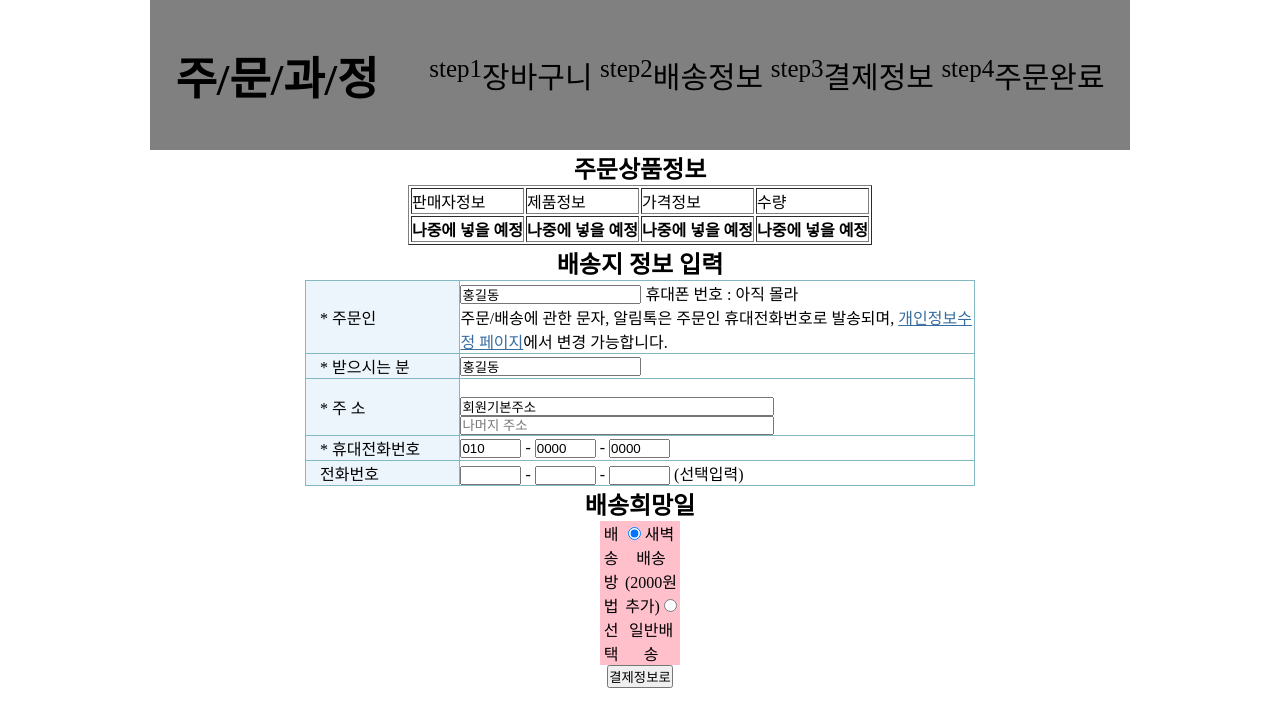
Repository: kym-1000/book
Page: http://localhost/book/WEB-INF/views/home.jsp
These files come from the project's save history. The page is drawn as it stood at one moment and after the next save; the edit follows.
The browser window is 1280 px wide. The pictures show the whole page.
The page is served by Tomcat 9. Nobody is signed in. The template is opened directly, without the code that normally fills it, so the values that code supplies are empty.

Above is the page before, as saved 2023-01-02 03:11:31.

After the next save:
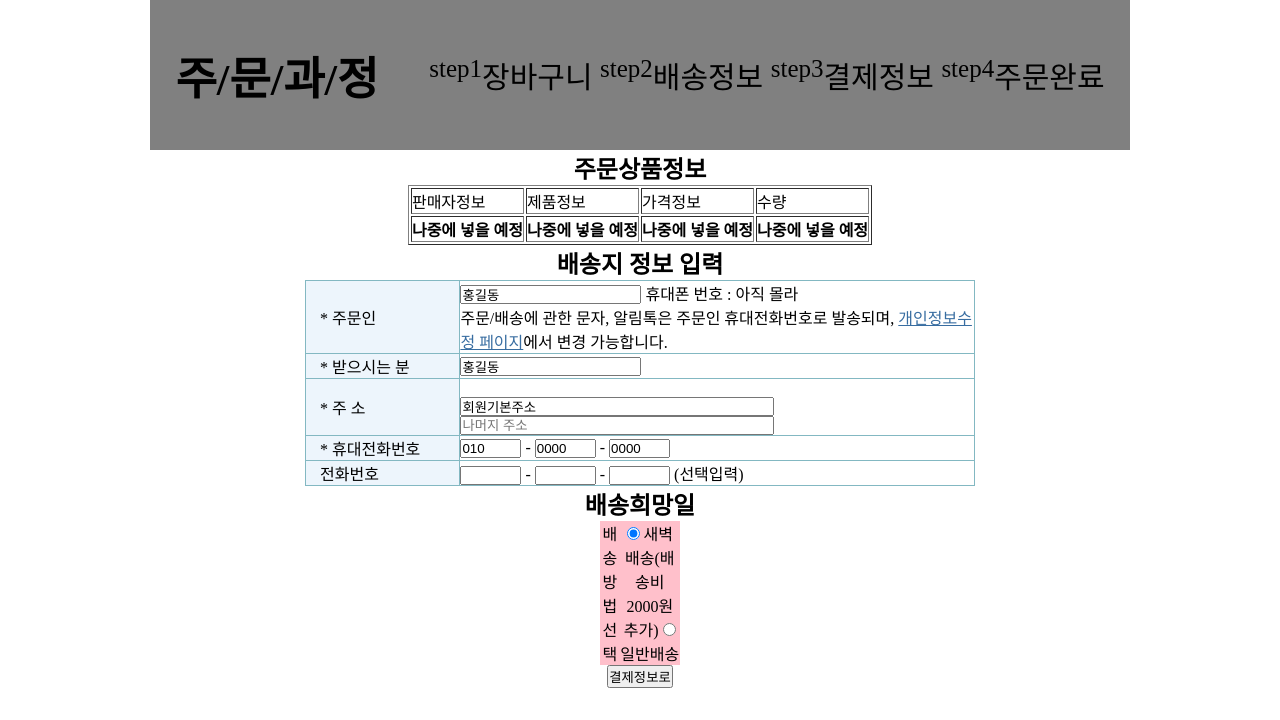
Saved 7 s later.
--- a/book/book/src/main/webapp/WEB-INF/views/home.jsp
+++ b/book/book/src/main/webapp/WEB-INF/views/home.jsp
@@ -157,7 +157,7 @@
 			<fieldset style="border: none;">
 			  <label>
 			    <input type="radio" name="contact" value="email" checked />
-			    <span>새벽배송(2000원추가)</span>
+			    <span>새벽배송(배송비2000원추가)</span>
 			  </label>
 
 			  <label>
